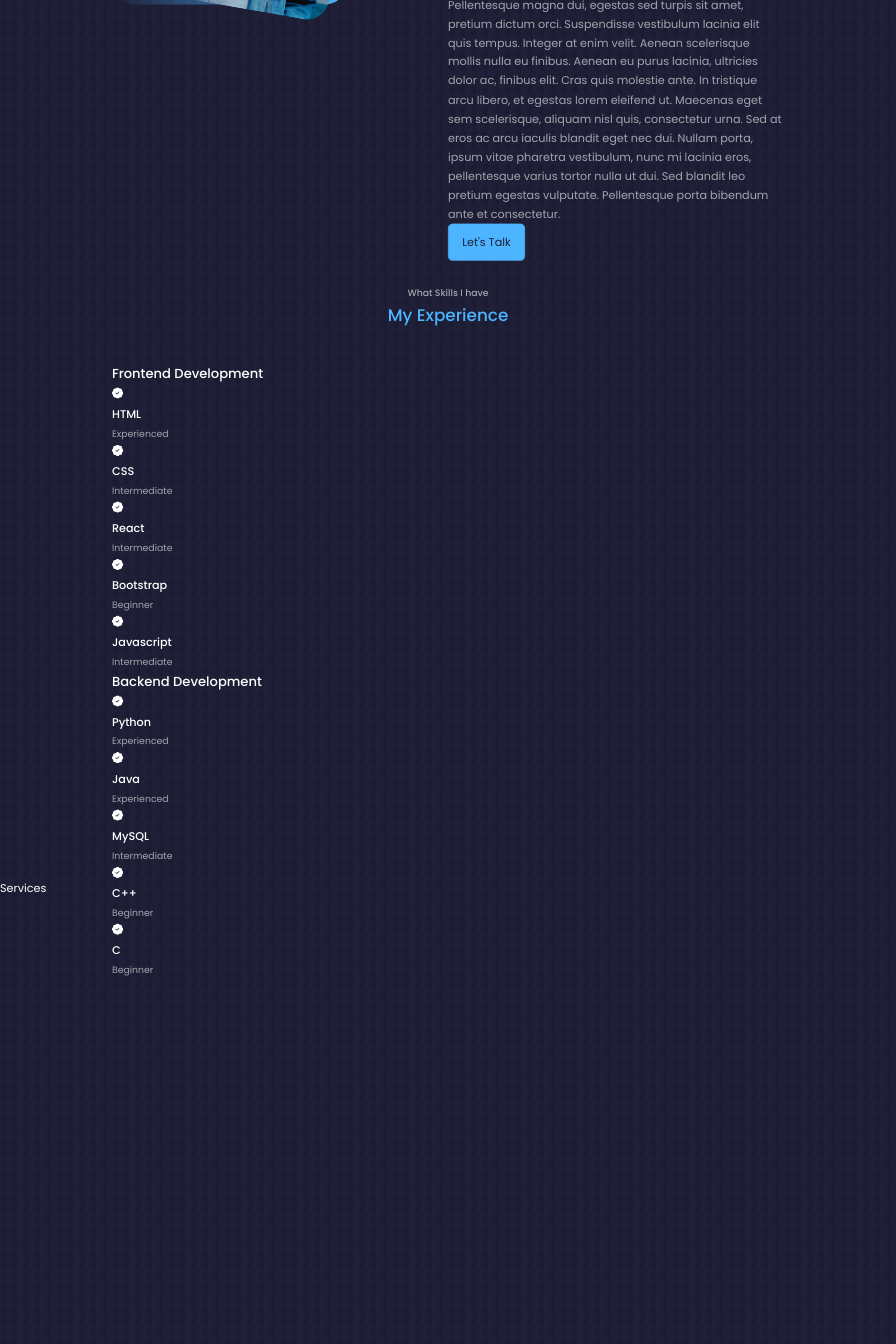
Repository: smallchungus/resumeWebsite
Page: / (app in hello/)
An editor plug-in stored every save of this project. The page is shown before and after a run of saves, followed by the edit.
The browser window is 1280 px wide. The pictures show the part of the page from y = 1288 to 3208 px (the page is 5835 px tall), at 70% of full size.
The project was rebuilt for these pictures with package versions that can differ from the ones it lists, and the page was loaded fresh each time. Also part of the build but not shown: hello/src/components/portfolio/portfolio.css, hello/src/components/contact/contact.css, hello/src/components/footer/footer.css. Imported but missing from the stored project, and not drawn on this page: hello/src/assets/cv.pdf.

Above is the page before, as saved 2023-03-23 19:03:40.

After the next 2 saves:
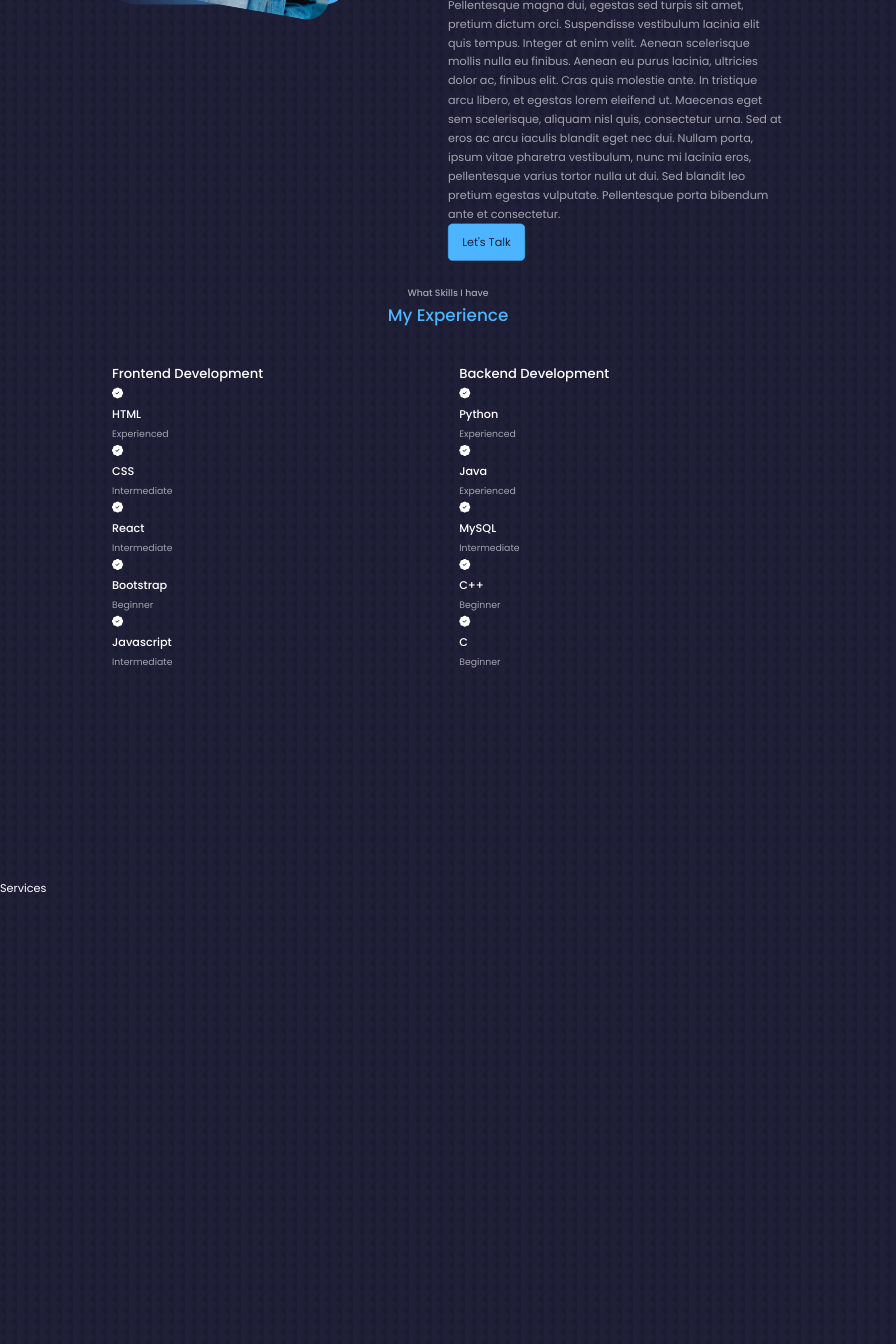
The 2 saves are shown as one change because they came seconds apart.
The last was saved 14 s later.
--- a/hello/src/components/experience/experience.css
+++ b/hello/src/components/experience/experience.css
@@ -1,4 +1,5 @@
 .experience_container{
     display: grid;
-
+    grid-template-columns: 1fr 1fr;
+    gap: 2rem;
 }
